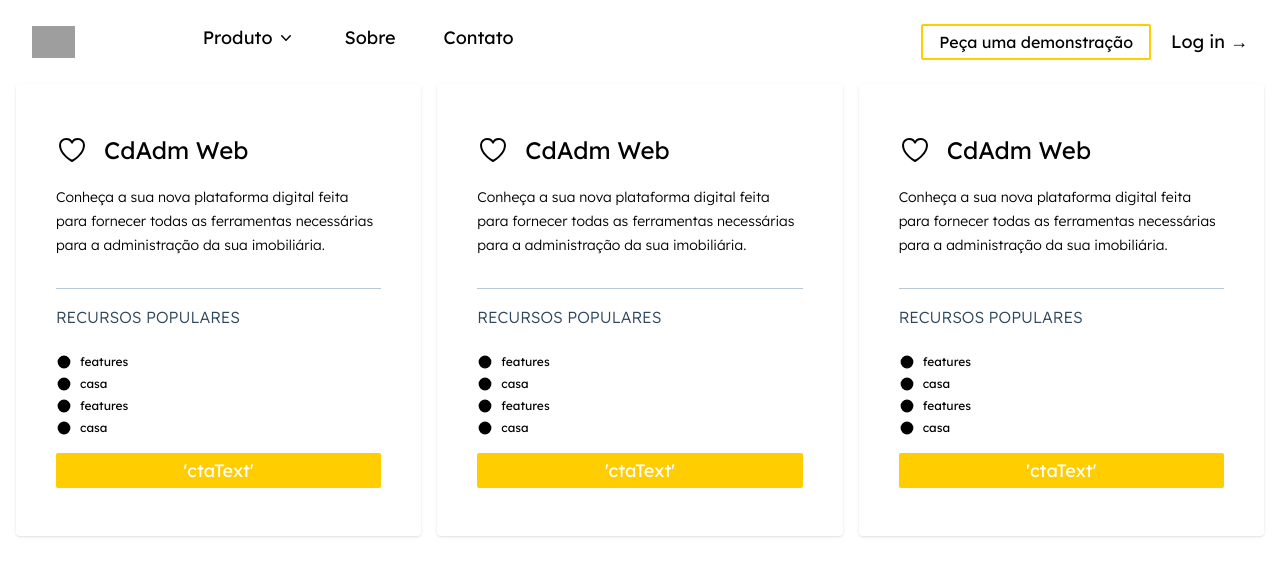
Repository: VereAbsolutum/site-institucional
Page: /
These files come from the project's save history. The page is drawn as it stood at one moment and after the next save; the edit follows.
The browser window is 1280 px wide. The pictures show the whole page.
Pictures or frames that could not be fetched are drawn as grey boxes. The project was rebuilt for these pictures with package versions that can differ from the ones it lists, and the page was loaded fresh each time. Also part of the build but not shown: vite.config.ts, src/presentation/components/buttons/button-primary.tsx, src/presentation/components/links/link-border-primary.tsx, src/presentation/components/links/link-border-white.tsx, src/presentation/components/typography/display.tsx, src/presentation/components/typography/heading1.tsx, src/presentation/components/typography/heading2.tsx, src/presentation/components/typography/heading3.tsx and 2 more.

Above is the page before, as saved 2023-04-15 00:07:26.

### src/App.tsx
import React from 'react'
import { BrowserRouter, Routes, Route } from "react-router-dom"
import { Home, NotFound } from './presentation/pages'

const App: React.FC = () => {
  return (
    <BrowserRouter >
      <Routes>
        <Route path='/' element={<Home />} />
        <Route path='*' element={<NotFound />} />
      </Routes>
    </BrowserRouter>
  )
}

export default App

### src/index.css
@import url('https://fonts.googleapis.com/css2?family=Lexend+Deca:wght@300;400&family=Manrope:wght@800&family=Playfair+Display:wght@500&display=swap');

@tailwind base;
@tailwind components;
@tailwind utilities;

### src/presentation/pages/index.ts
export { default as Home } from './home/home'
export { default as NotFound } from './not-found/notFound'

### src/presentation/pages/home/home.tsx
import React from 'react';
import { ButtonBorderPrimary, ButtonPrimary, Header, LinkBorderPrimary, LinkBorderWhite, LinkPrimary, TextCaption, TextDisplay, TextHeading1, TextHeading2, TextHeading3, TextMenu, TextParagraph, TextParagraphSmall } from '../../components';
import ProductCard from '../../components/card/product-card';

const home: React.FC = () => {
    return (
        <>
            <Header />
            <main>
                <section className='container'>
                    <div className='grid grid-cols-1 gap-4 sm:grid-cols-2 md:grid-cols-3'>
                        <ProductCard></ProductCard>
                        <ProductCard></ProductCard>
                        <ProductCard></ProductCard>
                    </div>
                </section>
            </main>
        </>


    );
};

export default home;

### src/presentation/components/index.ts
export { default as Header } from './header/header'

export { default as ButtonBase } from './buttons/button-base'
export { default as ButtonBorderPrimary } from './buttons/button-border-primary'
export { default as ButtonPrimary } from './buttons/button-primary'

export { default as LinkBase } from './links/link-base'
export { default as LinkPrimary } from './links/link-primary'
export { default as LinkBorderPrimary } from './links/link-border-primary'
export { default as LinkBorderWhite } from './links/link-border-white'

export { default as TextBase } from './typography/text-base'
export { default as TextDisplay } from './typography/display'
export { default as TextHeading1 } from './typography/heading1'
export { default as TextHeading2 } from './typography/heading2'
export { default as TextHeading3 } from './typography/heading3'
export { default as TextParagraph } from './typography/paragraph'
export { default as TextParagraphSmall } from './typography/paragraph-small'
export { default as TextCaption } from './typography/caption'
export { default as TextMenu } from './typography/menu'

### src/presentation/components/card/product-card.tsx
import { HeartIcon } from '@heroicons/react/24/outline';
import React from 'react';
import { LinkPrimary, TextMenu, TextParagraph, TextParagraphSmall } from '..';

type ProductCardProps = {
    imageUrl: string;
    title: string;
    description: string;
    features: string[];
    ctaText: string;
    ctaHref: string;
};

const ProductCard: React.FC = () => {
    return (
        <div className="bg-white p-6 rounded shadow px-10 py-12">
            <div className="flex flex-col">
                <div className="flex items-center mb-4">
                    <HeartIcon className="w-8 h-auto mr-4 text-blue-500" />
                    <h3 className="font-medium text-[24px]">CdAdm Web</h3>
                </div>
                <div>
                    <p className="mb-8">
                        <TextParagraphSmall>
                            Conheça a sua nova plataforma digital feita para fornecer todas as ferramentas necessárias para a administração da sua imobiliária.
                        </TextParagraphSmall>
                    </p>
                    <div className='border-t-black border-t border-solid'>
                        <h4 className="mb-2">
                            <TextParagraph className='font-thin my-4 inline-block'>
                                RECURSOS POPULARES
                            </TextParagraph>
                        </h4>
                        <ul className="list-none mb-4">
                            {["features", "casa", "features", "casa"].map((feature, index) => (
                                <li key={index} className="flex items-center mb-1">
                                    <svg className="w-4 h-4 mr-2 text-green-500" viewBox="0 0 20 20" fill="currentColor">
                                        <path d="M10 18a8 8 0 100-16 8 8 0 000 16zm1-13a1 1 0 10-2 0v4a1 1 0 00.293.707l2.828 2.829a1 1 0 101.415-1.415L11 9.586V5z"></path>
                                    </svg>
                                    <TextMenu>
                                        {feature}
                                    </TextMenu>
                                </li>
                            ))}
                        </ul>
                        <div>
                            <LinkPrimary className="text-white flex justify-center" href="#">
                                'ctaText'
                            </LinkPrimary>
                        </div>
                    </div>
                </div>
            </div>
        </div>
    );
};

export default ProductCard;

### src/presentation/components/header/header.tsx
import React, { useState } from 'react'
import {
    Bars3Icon,
    ChartPieIcon,
    CursorArrowRaysIcon,
    FingerPrintIcon,
} from '@heroicons/react/24/outline'
import { PhoneIcon, PlayCircleIcon } from '@heroicons/react/20/solid'
import { MainMenu, MobileMenu } from './components'
import { ButtonBorderPrimary } from '..'

const products = [
    { name: 'CdAdm Web', description: 'Get a better understanding of your traffic', href: '#', icon: ChartPieIcon },
    { name: 'CdAdm Grafico', description: 'Speak directly to your customers', href: '#', icon: CursorArrowRaysIcon },
    { name: 'CdFin', description: 'Your customers’ data will be safe and secure', href: '#', icon: FingerPrintIcon }
]
const callsToAction = [
    { name: 'Assista a Demo', href: '#', icon: PlayCircleIcon },
    { name: 'Contato', href: '#', icon: PhoneIcon },
]

function classNames(...classes: string[]) {
    return classes.filter(Boolean).join(' ');
}

const header: React.FC = () => {
    const [mobileMenuOpen, setMobileMenuOpen] = useState(false)

    return (
        <header className="bg-white">
            <nav className="mx-auto flex max-w-7xl items-center justify-between p-6 lg:px-8" aria-label="Global">

                <div className="flex lg:flex-1">
                    <a href="#" className="-m-1.5 p-1.5">
                        <span className="sr-only">SCordon</span>
                        <img className="h-8 w-auto" src="https://tailwindui.com/img/logos/mark.svg?color=indigo&shade=600" alt="" />
                    </a>

                    {/* main menu */}
                    <div className='ml-32'>
                        <MainMenu products={products} />
                    </div>
                </div>

                <div className="flex lg:hidden">
                    {/* Button */}
                    <button
                        type="button"
                        className="-m-2.5 inline-flex items-center justify-center rounded-md p-2.5 text-gray-700"
                        onClick={() => setMobileMenuOpen(true)}
                    >
                        <span className="sr-only">Open main menu</span>
                        <Bars3Icon className="h-6 w-6" aria-hidden="true" />
                    </button>
                </div>



                <div className="hidden lg:flex lg:flex-1 lg:justify-end align-items: center">
                    <div className='mr-5'>
                        <ButtonBorderPrimary label='Peça uma demonstração' />
                    </div>
                    <div className="flex items-center">
                        <a href="#" className="text-lg font-medium leading-6 font-semibold">
                            Log in <span aria-hidden="true">&rarr;</span>
                        </a>
                    </div>
                    {/* Button */}
                </div>
            </nav>

            <MobileMenu
                mobileMenuOpen={mobileMenuOpen}
                setMobileMenuOpen={setMobileMenuOpen}
                products={products}
                callsToAction={callsToAction}
            />
        </header>
    )
}

export default header

### src/presentation/components/buttons/button-base.tsx
import React from 'react'

export type ButtonProps = React.ButtonHTMLAttributes<HTMLButtonElement> & {
    label: string;
    className?: string;
};

const buttonBase: React.FC<ButtonProps> = ({ label, className, ...rest }) => {
    const baseClasses =
        'font-semibold rounded-sm hover:bg-blue-700 focus:outline-none focus:ring-2 focus:ring-blue-400 focus:ring-opacity-75';

    return (
        <button className={`${baseClasses} ${className}`} {...rest}>
            {label}
        </button>
    );
};

export default buttonBase;

### src/presentation/components/buttons/button-border-primary.tsx
// BorderedButton.tsx
import React from 'react';
import { ButtonBase } from '..';
import { ButtonProps } from './button-base';

const buttonBorderPrimary: React.FC<ButtonProps> = ({ className, ...rest }) => {
    const baseClasses = 'px-4 py-1 border-2 border-yellow bg-transparent border border-blue-500 text-blue-500 hover:bg-blue-500';

    return <ButtonBase className={`${baseClasses} ${className}`} {...rest} />;
};

export default buttonBorderPrimary;

### src/presentation/components/links/link-base.tsx
import React from 'react';

export type LinkBaseProps = React.AnchorHTMLAttributes<HTMLAnchorElement> & {
    className?: string;
};

const linkBase: React.FC<LinkBaseProps> = ({ children, className, ...rest }) => {
    const baseClasses =
        'font-semibold cursor-pointer rounded-sm hover:bg-blue-700 focus:outline-none focus:ring-2 focus:ring-blue-400 focus:ring-opacity-75';

    return (
        <a className={`${baseClasses} ${className}`} {...rest}>
            {children}
        </a>
    );
};

export default linkBase;

### src/presentation/components/links/link-primary.tsx
// FilledButton.tsx
import React from 'react';
import { LinkBase } from '..';
import { LinkBaseProps } from './link-base';

const linkPrimary: React.FC<LinkBaseProps> = ({ className, ...rest }) => {
    const baseClasses = 'px-4 py-1 bg-blue-500 bg-yellow hover:bg-blue-700 text-lg font-medium';

    return <LinkBase className={`${baseClasses} ${className}`} {...rest} />;
};

export default linkPrimary;

### src/presentation/components/typography/text-base.tsx
import React from 'react';

export type TextBaseProps = React.HTMLAttributes<HTMLSpanElement> & {
    className?: string;
};

const textBase: React.FC<TextBaseProps> = ({ children, className, ...rest }) => {
    const baseClasses = '';

    return (
        <span className={`${baseClasses} ${className}`} {...rest}>
            {children}
        </span>
    );
};

export default textBase;

### src/presentation/components/typography/paragraph.tsx
import React from 'react';
import { TextBase } from '..';
import { TextBaseProps } from './text-base';

const textParagraph: React.FC<TextBaseProps> = ({ children, className, ...rest }) => {
    const baseClasses = 'text-base font-300';

    return (
        <TextBase style={{ color: '#2e475d' }} className={`${baseClasses} ${className}`} {...rest}>
            {children}
        </TextBase>
    );
};

export default textParagraph;

### src/presentation/components/typography/paragraph-small.tsx
import React from 'react';
import { TextBase } from '..';
import { TextBaseProps } from './text-base';

const textParagraphSmall: React.FC<TextBaseProps> = ({ children, className, ...rest }) => {
    const baseClasses = 'text-sm font-300';

    return (
        <TextBase className={baseClasses} {...rest}>
            {children}
        </TextBase>
    );
};

export default textParagraphSmall;

### src/presentation/components/typography/menu.tsx
import React from 'react';
import { TextBase } from '..';
import { TextBaseProps } from './text-base';

const textMenu: React.FC<TextBaseProps> = ({ children, className, ...rest }) => {
    const baseClasses = 'text-xs font-500';

    return (
        <TextBase className={baseClasses} {...rest}>
            {children}
        </TextBase>
    );
};

export default textMenu;

### src/presentation/components/header/components/index.ts
export { default as MobileMenu } from './mobile-menu'
export { default as MainMenu } from './main-menu'

### src/presentation/components/header/components/mobile-menu.tsx
import React from 'react'
import { Dialog, Disclosure } from '@headlessui/react'
import { ChevronDownIcon, XMarkIcon } from '@heroicons/react/24/outline'
import { ButtonFilled } from '../..';

function classNames(...classes: string[]) {
    return classes.filter(Boolean).join(' ');
}

export type MobileMenuProps = {
    mobileMenuOpen: boolean
    setMobileMenuOpen: (open: boolean) => void
    products: Array<{
        name: string
        description: string
        href: string
        icon: any
    }>
    callsToAction: Array<{
        name: string
        href: string
        icon: any
    }>
}

const mobileMenu: React.FC<MobileMenuProps> = ({ mobileMenuOpen, setMobileMenuOpen, products, callsToAction }) => {
    return (
        <Dialog as="div" className="lg:hidden" open={mobileMenuOpen} onClose={setMobileMenuOpen}>
            <div className="fixed inset-0 z-10" />

            {/* Mobile Menu */}
            <Dialog.Panel className="fixed inset-y-0 right-0 z-10 w-full overflow-y-auto bg-white px-6 py-6 sm:max-w-sm sm:ring-1 sm:ring-gray-900/10">
                <div className="flex items-center justify-between">
                    <a href="#" className="-m-1.5 p-1.5">
                        <span className="sr-only">Your Company</span>
                        <img
                            className="h-8 w-auto"
                            src="https://tailwindui.com/img/logos/mark.svg?color=indigo&shade=600"
                            alt=""
                        />
                    </a>


                    <button
                        type="button"
                        className="-m-2.5 rounded-md p-2.5 text-gray-700"
                        onClick={() => setMobileMenuOpen(false)}
                    >
                        <span className="sr-only">Close menu</span>
                        <XMarkIcon className="h-6 w-6" aria-hidden="true" />
                    </button>

                </div>

                <div className="mt-6 flow-root">
                    <div className="-my-6 divide-y divide-gray-500/10">
                        <div className="space-y-2 py-6">
                            <Disclosure as="div" className="-mx-3">
                                {({ open }) => (
                                    <>
                                        <Disclosure.Button className="flex w-full font-medium text-lg  items-center justify-between rounded-lg py-2 pl-3 pr-3.5 leading-7 hover:bg-gray-50">
                                            Product
                                            <ChevronDownIcon
                                                className={classNames(open ? 'rotate-180' : '', 'h-5 w-5 flex-none')}
                                                aria-hidden="true"
                                            />
                                        </Disclosure.Button>
                                        <Disclosure.Panel className="mt-2 space-y-2">
                                            {[...products, ...callsToAction].map((item) => (
                                                <Disclosure.Button
                                                    key={item.name}
                                                    as="a"
                                                    href={item.href}
                                                    className="block rounded-lg py-2 pl-6 pr-3 text-sm font-semibold leading-7 text-gray-900 hover:bg-gray-50"
                                                >
                                                    {item.name}
                                                </Disclosure.Button>
                                            ))}
                                        </Disclosure.Panel>
                                    </>
                                )}
                            </Disclosure>
                            <a
                                href="#"
                                className="-mx-3 block rounded-lg px-3 py-2 font-medium text-lg leading-7 text-gray-900 hover:bg-gray-50"
                            >
                                Features
                            </a>
                            <a
                                href="#"
                                className="-mx-3 block rounded-lg px-3 py-2 font-medium text-lg leading-7 hover:bg-gray-50"
                            >
                                Marketplace
                            </a>
                            <a
                                href="#"
                                className="-mx-3 block rounded-lg px-3 py-2 font-medium text-lg leading-7 hover:bg-gray-50"
                            >
                                Company
                            </a>
                        </div>

                        <div className="py-6">
                            <a
                                href="#"
                                className="-mx-3 block rounded-lg px-3 py-2.5 font-medium text-lg leading-7 hover:bg-gray-50"
                            >
                                Log in
                            </a>
                        </div>
                    </div>
                </div>
            </Dialog.Panel>
        </Dialog>
    )
}

export default mobileMenu

### src/presentation/components/header/components/main-menu.tsx
import React, { Fragment } from 'react'
import { Popover, Transition } from '@headlessui/react'
import { ChevronDownIcon } from '@heroicons/react/20/solid'
import { PlayCircleIcon, PhoneIcon } from '@heroicons/react/20/solid'
import { Product } from './header-types'

const callsToAction = [
    { name: 'Watch demo', href: '#', icon: PlayCircleIcon },
    { name: 'Contact sales', href: '#', icon: PhoneIcon },
]

export type MainMenuProps = { products: Product[] }

const MainMenu: React.FC<MainMenuProps> = ({ products }) => {
    return (
        <Popover.Group className="hidden lg:flex lg:gap-x-12">
            <Popover className="relative">
                <Popover.Button className="flex items-center gap-x-1 text-lg  font-semibold  leading-6">
                    Produto
                    <ChevronDownIcon className="h-5 w-5 flex-none text-gray-400" aria-hidden="true" />
                </Popover.Button>

                <Transition
                    as={Fragment}
                    enter="transition ease-out duration-200"
                    enterFrom="opacity-0 translate-y-1"
                    enterTo="opacity-100 translate-y-0"
                    leave="transition ease-in duration-150"
                    leaveFrom="opacity-100 translate-y-0"
                    leaveTo="opacity-0 translate-y-1"
                >
                    <Popover.Panel className="absolute -left-8 top-full z-10 mt-3 w-screen max-w-md overflow-hidden rounded-3xl bg-white shadow-lg ring-1 ring-gray-900/5">
                        <div className="p-4">
                            {products.map((item) => (
                                <div
                                    key={item.name}
                                    className="group relative flex items-center gap-x-6 rounded-lg p-4 text-sm leading-6 hover:bg-gray-50"
                                >
                                    <div className="flex h-11 w-11 flex-none items-center justify-center rounded-lg bg-gray-50 group-hover:bg-white">
                                        <item.icon className="h-6 w-6 text-gray-600 group-hover:text-indigo-600" aria-hidden="true" />
                                    </div>
                                    <div className="flex-auto">
                                        <a href={item.href} className="block font-semibold text-gray-900">
                                            {item.name}
                                            <span className="absolute inset-0" />
                                        </a>
                                        <p className="mt-1 text-gray-600">{item.description}</p>
                                    </div>
                                </div>
                            ))}
                        </div>
                        <div className="grid grid-cols-2 divide-x divide-gray-900/5 bg-gray">  </div>
                        <div className="grid grid-cols-2 divide-x divide-gray-900/5 bg-gray-50">
                            {callsToAction.map((item) => (
                                <a
                                    key={item.name}
                                    href={item.href}
                                    className="flex items-center justify-center gap-x-2.5 p-3 text-sm font-semibold leading-6 text-gray-900 hover:bg-gray-100"
                                >
                                    <item.icon className="h-5 w-5 flex-none text-gray-400" aria-hidden="true" />
                                    {item.name}
                                </a>
                            ))}
                        </div>
                    </Popover.Panel>
                </Transition>
            </Popover>

            <a href="#" className="text-lg  font-semibold  leading-6 text-gray-900">
                Sobre
            </a>
            <a href="#" className="text-lg  font-semibold  leading-6 text-gray-900">
                Contato
            </a>
        </Popover.Group>
    )
}

export default MainMenu

### tailwind.config.js
/** @type {import('tailwindcss').Config} */
export default {
  content: [
    "./index.html",
    "./src/**/*.{js,ts,jsx,tsx}",
  ],
  theme: {
    fontFamily: {
      display: ['Playfair Display', 'serif'],
      sans: ['Lexend Deca', 'sans-serif']
    },
    fontWeight: {
      '300': 300,
      '400': 400,
      '500': 500,
      '800': 800,
    },
    container: {
      center: true,
      padding: '1rem',
      screens: {
        sm: '640px',
        md: '768px',
        lg: '1024px',
        xl: '1280px',
        '2xl': '1536px',
      },
    },
    colors: {
      yellow: '#FFCD00',
      black: '#1A1A1A',
      blue: '#2E475D',
      white: '#FFFFFF',
    },
    fontSize: {
      xs: '12px',
      sm: '14px',
      base: '16px',
      lg: '18px',
      xl: '22px',
      xxl: '32px',
      '2xl': '38px',
      '3xl': '59px'
    },
    extend: {
      borderColor: {
        'black': '#b6c7d6',
      },
    },
  },
  plugins: [],
}

Loaded but not shown: index.html (common file); src/main.tsx (common file)

After the next save:
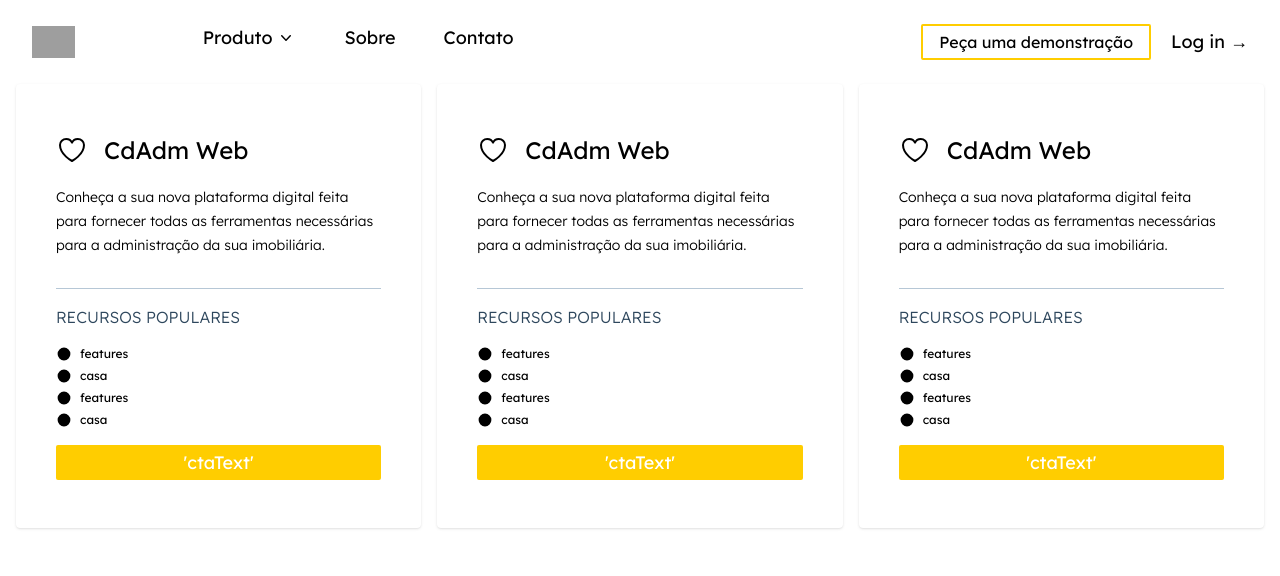
Saved 11 s later.
--- a/src/presentation/components/card/product-card.tsx
+++ b/src/presentation/components/card/product-card.tsx
@@ -26,7 +26,7 @@ const ProductCard: React.FC = () => {
                         </TextParagraphSmall>
                     </p>
                     <div className='border-t-black border-t border-solid'>
-                        <h4 className="mb-2">
+                        <h4>
                             <TextParagraph className='font-thin my-4 inline-block'>
                                 RECURSOS POPULARES
                             </TextParagraph>
